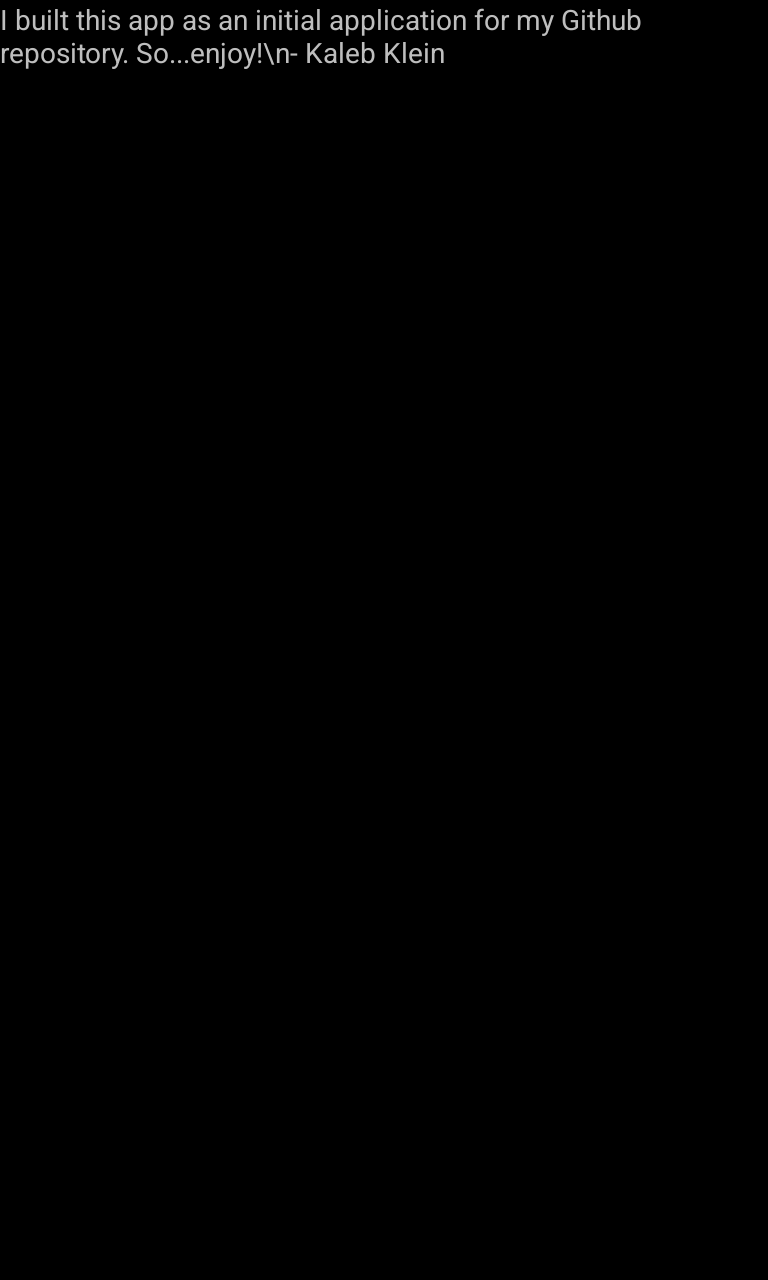
Repository: pazuzu156/KKAndroid
Layout: InitialRepoApp/res/layout/about.xml
An editor plug-in stored every save of this project. The layout is shown before and after the next save, followed by the edit.
It is drawn on a 768 x 1280 px phone screen (xhdpi) without system bars, with theme android:Theme; the app's code is not run.

Above is the layout before, as saved 2012-06-17 06:01:12.

### InitialRepoApp/res/layout/about.xml
<?xml version="1.0" encoding="utf-8"?>
<LinearLayout xmlns:android="http://schemas.android.com/apk/res/android"
    android:layout_width="match_parent"
    android:layout_height="match_parent"
    android:orientation="vertical" >

    <TextView
        android:id="@+id/textView1"
        android:layout_width="wrap_content"
        android:layout_height="wrap_content"
        android:text="I built this app as an initial application for my Github repository. So...enjoy!\n- Kaleb Klein" />

</LinearLayout>

After the next save:
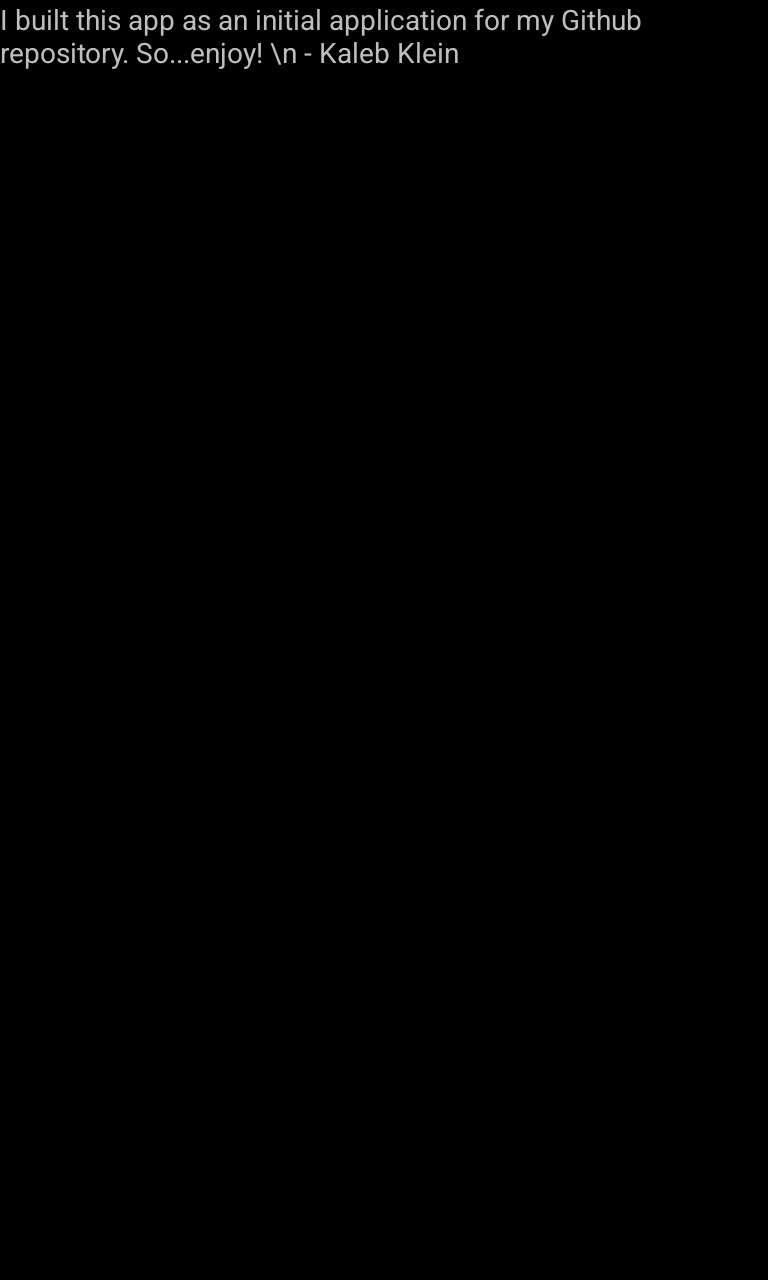
Saved 12 s later.
--- a/InitialRepoApp/res/layout/about.xml
+++ b/InitialRepoApp/res/layout/about.xml
@@ -8,6 +8,6 @@
         android:id="@+id/textView1"
         android:layout_width="wrap_content"
         android:layout_height="wrap_content"
-        android:text="I built this app as an initial application for my Github repository. So...enjoy!\n- Kaleb Klein" />
+        android:text="I built this app as an initial application for my Github repository. So...enjoy! \n - Kaleb Klein" />
 
 </LinearLayout>
